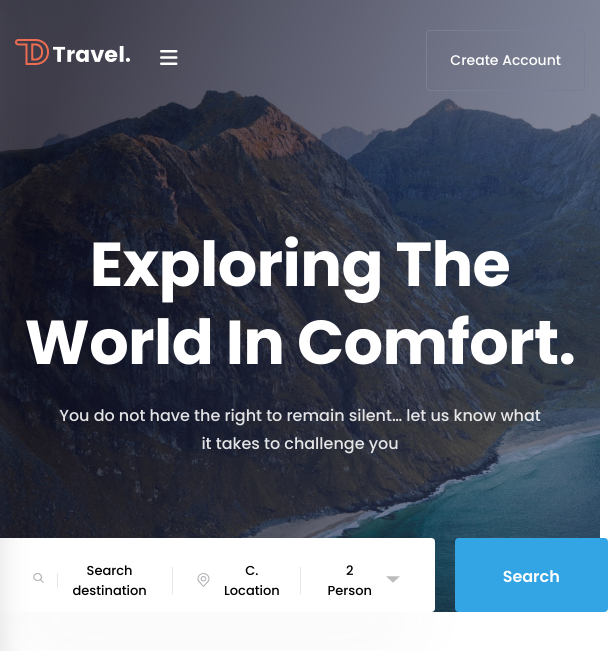
Repository: hoang0508/LandingPage-CodeTravel2
Page: index.html
These files come from the project's save history. The page is drawn as it stood at one moment and after the next save; the edit follows.
The browser window is 600 px wide. The page is 608 px wide, so the pictures cover 608 px, including what lies to the right of the window. The pictures show the whole page.
Some web libraries are served in a nearby version. The style sheet was rebuilt from its Sass, Less or Tailwind sources for each picture, by a compiler version that may differ from the author's.

Above is the page before, as saved 2022-09-16 14:48:21.

After the next save:
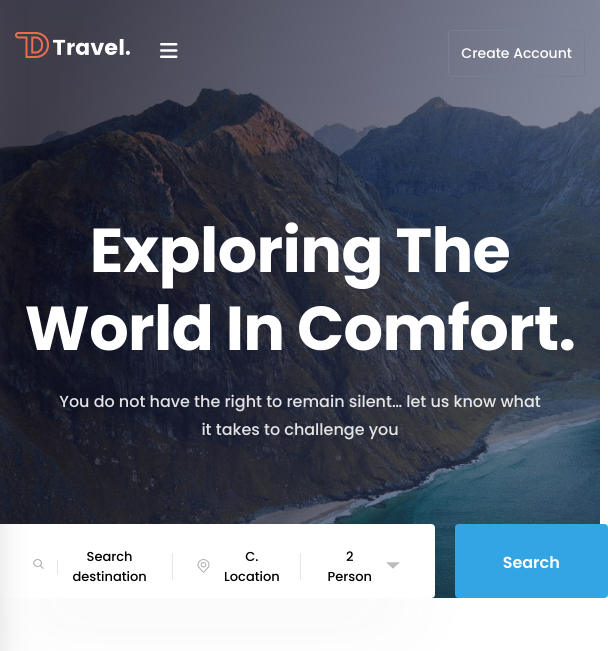
Saved 47 s later.
--- a/sass/_global.scss
+++ b/sass/_global.scss
@@ -34,7 +34,7 @@ button.button {
 }
 
 @media screen and (max-width: 767.98px) {
-  .button {
+  button.button {
     &-acount {
       padding: 12px;
     }
